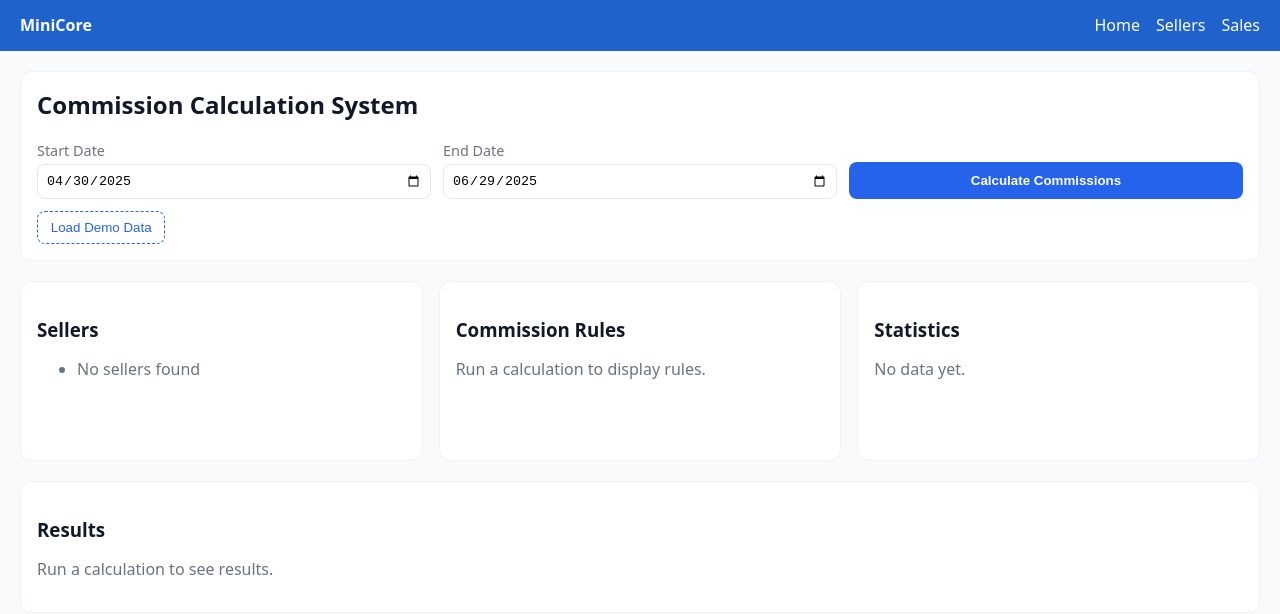
Repository: byPronox/commission-calculation-system
Page: / (app in frontend/)
An editor plug-in stored every save of this project. The page is shown before and after the next save, followed by the edit.
The browser window is 1280 px wide. The pictures show the whole page.
The page's requests for data from a server got no answer. The project was rebuilt for these pictures with package versions that can differ from the ones it lists, and the page was loaded fresh each time. No one was signed in, and anything a server would have sent is missing. Also part of the build but not shown: frontend/vite.config.ts.

Above is the page before, as saved 2025-10-19 16:03:21.

After the next save:
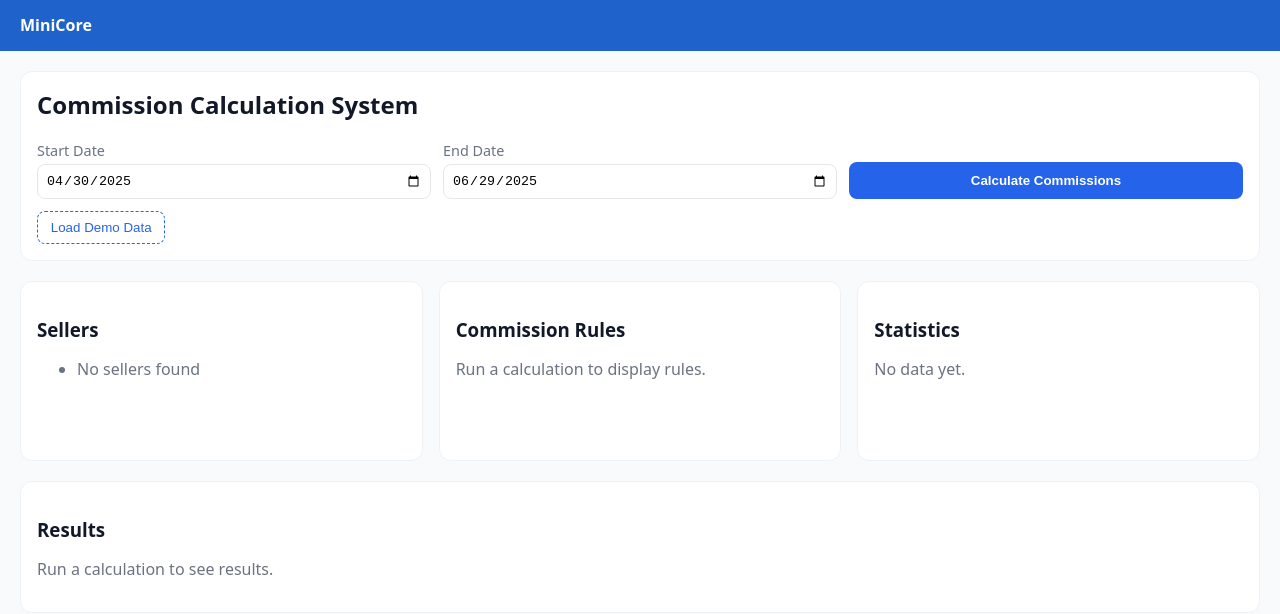
Saved 15 min 53 s later.
--- a/frontend/src/components/Navbar/Navbar.jsx
+++ b/frontend/src/components/Navbar/Navbar.jsx
@@ -5,9 +5,6 @@ export default function Navbar() {
     <header className="nav">
       <div className="nav__brand">MiniCore</div>
       <nav className="nav__menu">
-        <a className="nav__link" href="#">Home</a>
-        <a className="nav__link" href="#">Sellers</a>
-        <a className="nav__link" href="#">Sales</a>
       </nav>
     </header>
   );
